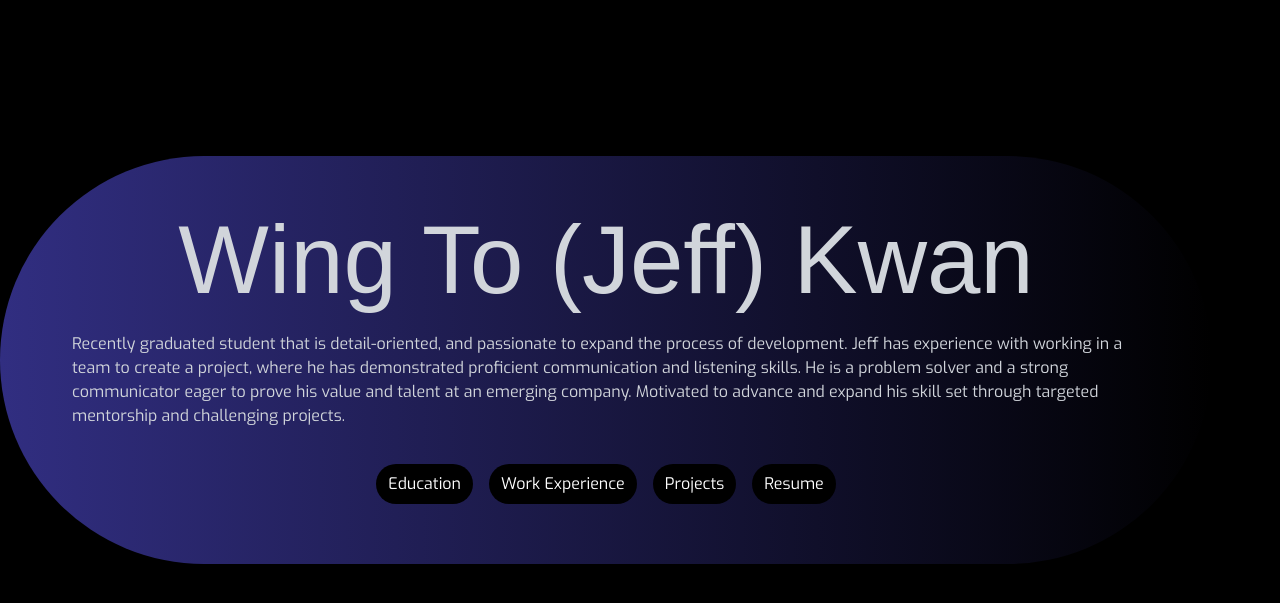
Repository: Jeffkw213/profile_website
Page: /
An editor plug-in stored every save of this project. The page is shown before and after the next save, followed by the edit.
The browser window is 1280 px wide. The pictures show the whole page.
Some web fonts or font styles are not loaded; a fallback is used. The project was rebuilt for these pictures with package versions that can differ from the ones it lists, and the page was loaded fresh each time. Also part of the build but not shown: vite.config.js, src/components/Education.jsx, src/components/Nav.jsx, src/data/projects.js, src/components/Projects.jsx, src/components/Work.jsx.

Above is the page before, as saved 2022-09-25 14:56:38.

### src/index.jsx
import React from 'react';
import ReactDOM from 'react-dom/client';
import App from './App';
import reportWebVitals from './reportWebVitals';
import './index.css';

// DOM creates an instance of your App component, though it can also pass simple JSX without any component instantiation
const root = ReactDOM.createRoot(document.getElementById('root'));
root.render(
  <React.StrictMode>
    <App />
  </React.StrictMode>
);

// If you want to start measuring performance in your app, pass a function
// to log results (for example: reportWebVitals(console.log))
// or send to an analytics endpoint. Learn more: https://bit.ly/CRA-vitals
reportWebVitals();

### src/App.jsx
import Education from './components/Education';
import Nav from './components/Nav';
import Projects from './components/Projects';
import Title from './components/Title';
import Work from './components/Work';
import records from './data/records.json';
const App = () => {
  return (
    <div className="m-0 p-0 box-border relative font-Exo">
      <Title {...records.Who} />
      {/* <Education {...records.Education} />
      <Work employ={records.Employment} />
      <Projects />
      <Nav {...records.Social} /> */}
    </div>
  );
};

export default App;

### src/index.css
@import url('https://fonts.googleapis.com/css2?family=Exo:wght@100;400&display=swap');
@import url('http://fonts.cdnfonts.com/css/nexa-bold');

@tailwind base;
@tailwind components;
@tailwind utilities;

### src/components/Title.jsx
// This is the title of the website
// There would be a breif discription of who I am
// And there would be a navigation button to scroll to a certain section of the page
const ButtonNavi = () => (
  <nav className="p-3 text-center">
    <button
      className="m-2 p-2 px-3 bg-black text-white rounded-full
    transition delay-150 duration-300 ease-in-out hover:scale-110"
    >
      Education
    </button>
    <button
      className="m-2 p-2 px-3 bg-black text-white rounded-full
    transition delay-150 duration-300 ease-in-out hover:scale-110"
    >
      Work Experience
    </button>
    <button
      className="m-2 p-2 px-3 bg-black text-white rounded-full
    transition delay-150 duration-300 ease-in-out hover:scale-110"
    >
      Projects
    </button>
    <a href="/Resume.pdf" target="_blank">
      <button
        className="m-2 p-2 px-3 bg-black text-white rounded-full
      transition delay-150 duration-300 ease-in-out hover:scale-110 hover:bg-indigo-900"
      >
        Resume
      </button>
    </a>
  </nav>
);

export default function Title({ Name, Description }) {
  return (
    <div className="w-full min-h-screen max-h-screen bg-black flex items-center justify-cente overflow-x-scroll">
      <div className="relative resize-none bg-gradient-to-r from-indigo-900 rounded-full py-10 text-gray-300 opacity-100 ">
        <h1 className="font-Nexa text-8xl text-center pt-4 pb-2 ">{Name}</h1>
        <p className="p-4 mx-14 w-[1100px]">{Description}</p>
        <ButtonNavi />
      </div>
    </div>
  );
}

### src/data/records.json
{
  "Who": {
    "Name": "Wing To (Jeff) Kwan",
    "Location": {
      "City": "Richmond Hill",
      "Province": "Ontario",
      "Country": "Canada",
      "Street": "176 Kimono Crescent",
      "Postal": "L4S 2A4"
    },
    "Description": "Recently graduated student that is detail-oriented, and passionate to expand the process of development. Jeff has experience with working in a team to create a project, where he has demonstrated proficient communication and listening skills. He is a problem solver and a strong communicator eager to prove his value and talent at an emerging company. Motivated to advance and expand his skill set through targeted mentorship and challenging projects.",
    "Skills": {
      "Languages": "Python, Java, Javascript, CSS, HTML, SQL, Prolog, C#, C98, C99",
      "Framework": "Numpy, Pandas, MySQL, React, Node.js",
      "Platform": "Linux, Windows, MACOS, Android",
      "Techniques": "OOP, DataStructures, Machine Learning, Data Mining"
    }
  },
  "Social": {
    "Email": "jeffkwan10@gmail.com",
    "Linkedin": "https://www.linkedin.com/in/jeff-kwan-881a41203/",
    "Github": "https://github.com/Jeffkw213"
  },

  "Education": {
    "School": "York University",
    "Degree": "B.Sc., Spec. Hons. Computer Science",
    "RelatativeCoursework": "Web development, Algorithms and Data Structures, Software Engineering, Machine Learning, Databases",
    "Graduation": "August 2022",
    "Start": "Sept 2018"
  },

  "Employment": [
    {
      "Role": "Supervisor, Swim Instructor, Lifeguard",
      "Where": "City of Richmond Hill",
      "Description": "Through my time working at the pool, I have learnt alot of skills including teamwork, communication, and responsiblity. Majority of the time I had to explain various abstract topics to clients as well as coworker. I have learned to be allows be cool headed when dealing with tough situations. Later on, I was able to take a leadership role by utilizing the knowledge of policies and procedures.",
      "Date": "Mar 2016 - present"
    },
    {
      "Role": "C4 Student",
      "Where": "York University",
      "Description": "C4 Student brings students together to create powerful social impact. I was able to participate in helping a group research about AI determining a student's job by reading the students resume.",
      "Date": "Jan 2022 - Jun 2022"
    }
  ]
}

### tailwind.config.js
/** @type {import('tailwindcss').Config} */
module.exports = {
  content: ['./index.html', './src/**/*.{js,jsx}'],
  theme: {
    extend: {
      fontFamily: {
        Exo : "'Exo', sans-serif",
        Nexa : "'Nexa', sans-serif",
      },
      variants: {
        width: ["responsive", "hover", "focus"]
      },

    }
  },
  plugins: []
};

Loaded but not shown: public/index.html (common file); src/reportWebVitals.js (common file)

After the next save:
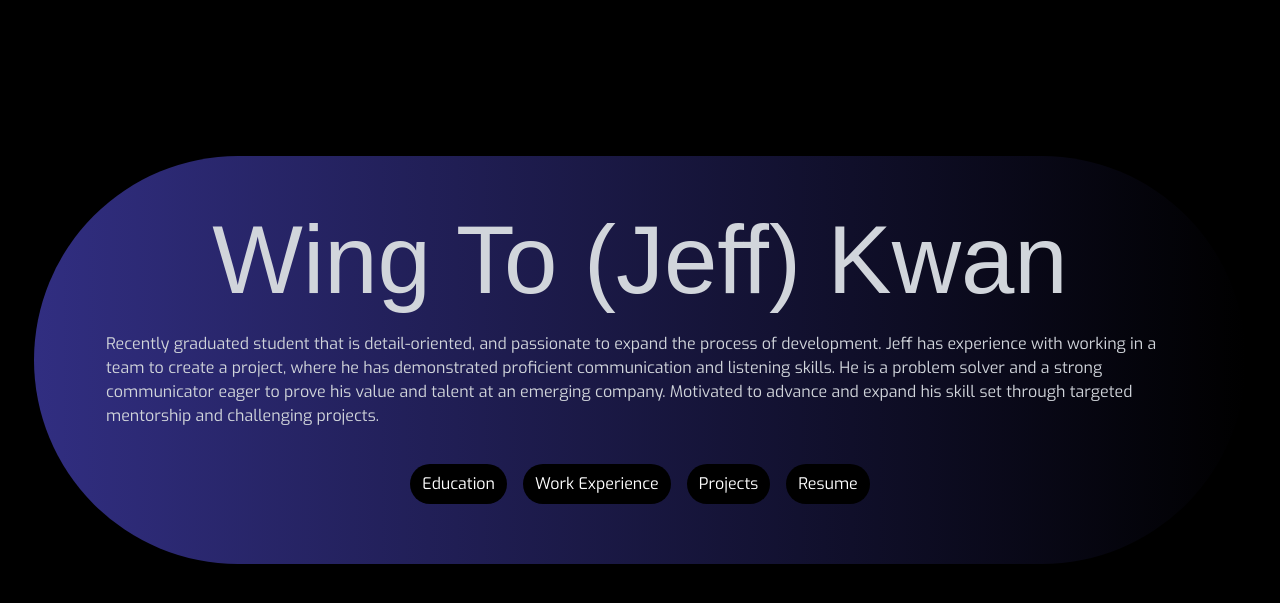
Saved 5 s later.
--- a/src/components/Title.jsx
+++ b/src/components/Title.jsx
@@ -34,7 +34,7 @@ const ButtonNavi = () => (
 
 export default function Title({ Name, Description }) {
   return (
-    <div className="w-full min-h-screen max-h-screen bg-black flex items-center justify-cente overflow-x-scroll">
+    <div className="w-full min-h-screen max-h-screen bg-black flex items-center justify-center overflow-x-scroll">
       <div className="relative resize-none bg-gradient-to-r from-indigo-900 rounded-full py-10 text-gray-300 opacity-100 ">
         <h1 className="font-Nexa text-8xl text-center pt-4 pb-2 ">{Name}</h1>
         <p className="p-4 mx-14 w-[1100px]">{Description}</p>
